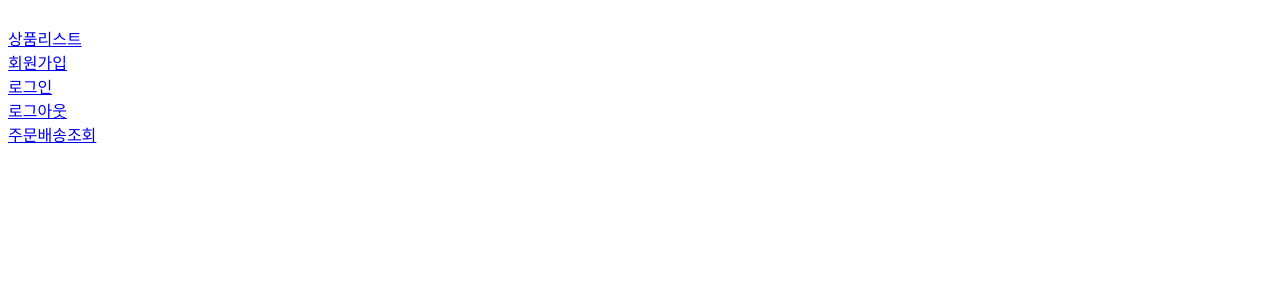
Repository: lhc8607git/SungsimdangPro
Page: http://localhost/ssdPro/default.jsp
The author's editor kept a copy of each file at every save. The page is drawn from the files as they stood at one save, then again after the next save.
The browser window is 1280 px wide. The pictures show the whole page.
The page is served by Tomcat 9. Other server files are loaded and not shown.

Above is the page before, as saved 2022-01-13 07:28:57.

### ssdPro/src/main/webapp/default.jsp
<%@ page language="java" contentType="text/html; charset=UTF-8"
	pageEncoding="UTF-8"%>
<%@taglib prefix="c" uri="http://java.sun.com/jsp/jstl/core"%>
<!DOCTYPE html>
<html>
<head>
<meta charset="UTF-8">
<title>Insert title here</title>
</head>
<body>
	${sessionScope.user.memb_code } <br />
	<a href="product/sublist.asp">상품리스트</a>
	<br />
	<a href="member/regist_agree.asp">회원가입</a>
	<br />
	<a href="member/login.asp">로그인</a>
	<br />
	<a href="logout.asp">로그아웃</a>
	<br />
	<a href="my/order_total.asp">주문배송조회</a>
	<br />
<!-- 	<a href="cscenter.asp">장바구니</a> -->
<!-- 	<br /> -->
</body>
</html>

After the next save:
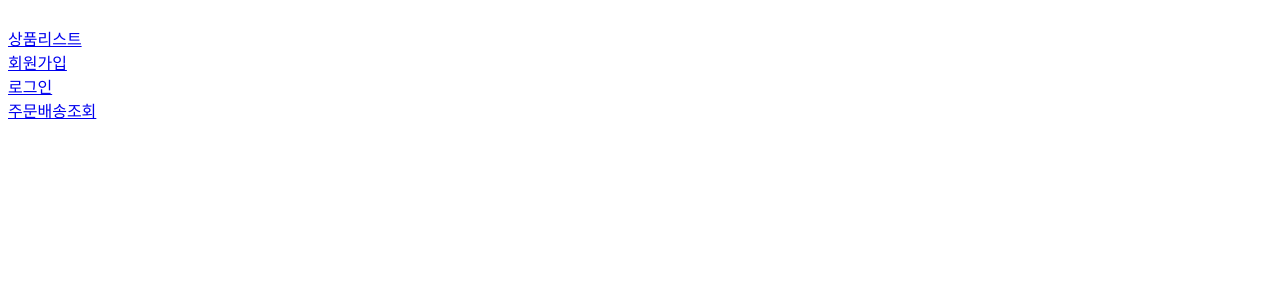
Saved 74 s later.
--- a/ssdPro/src/main/webapp/default.jsp
+++ b/ssdPro/src/main/webapp/default.jsp
@@ -13,9 +13,12 @@
 	<br />
 	<a href="member/regist_agree.asp">회원가입</a>
 	<br />
-	<a href="member/login.asp">로그인</a>
-	<br />
-	<a href="logout.asp">로그아웃</a>
+	<c:if test="${empty sessionScope }">
+		<a href="member/login.asp">로그인</a>
+	</c:if>
+	<c:if test="${not empty sessionScope }">
+		<a href="logout.asp">로그아웃</a>
+	</c:if>
 	<br />
 	<a href="my/order_total.asp">주문배송조회</a>
 	<br />
